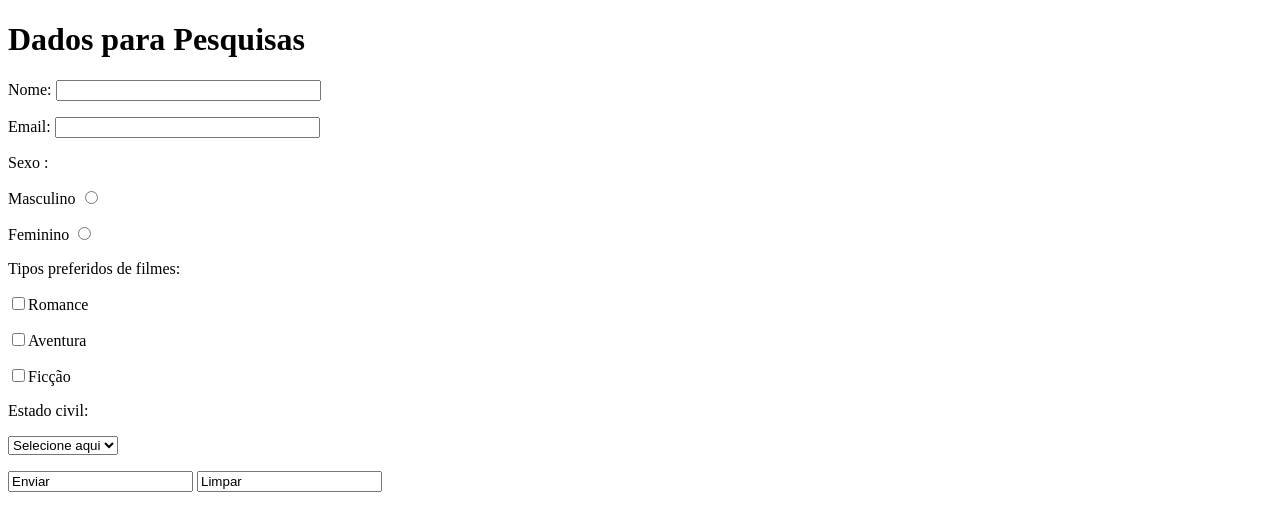
Repository: Marcelinalima/Java_JSP
Page: projeto_pesquisa/src/main/webapp/inserirPesquisa.html
These files come from the project's save history. The page is drawn as it stood at one moment and after the next save; the edit follows.
The browser window is 1280 px wide. The pictures show the whole page.

Above is the page before, as saved 2023-04-13 13:32:08.

After the next save:
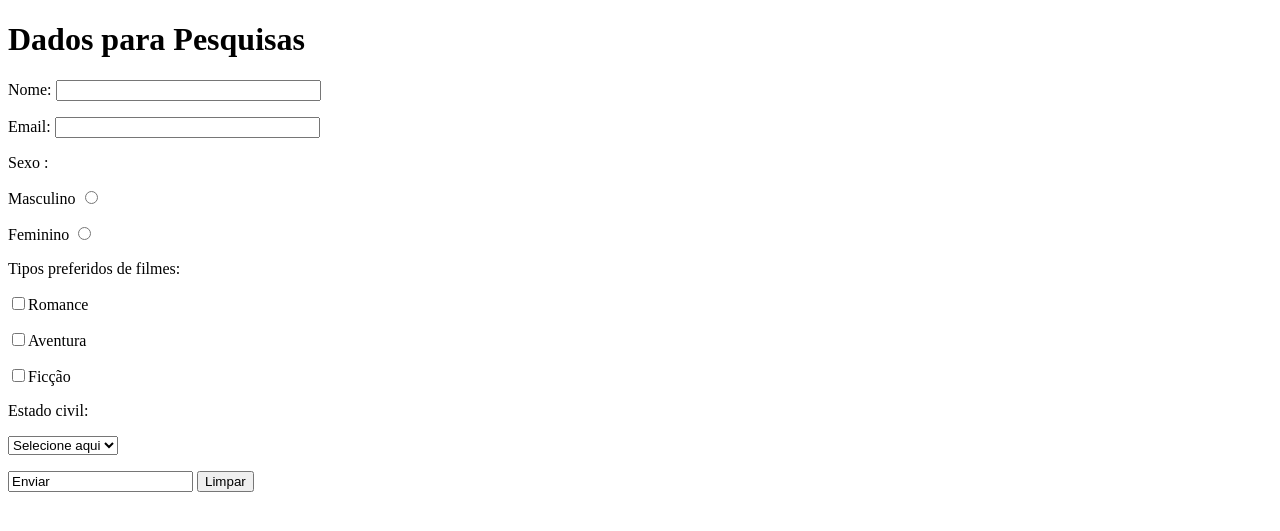
Saved 7 min 15 s later.
--- a/projeto_pesquisa/src/main/webapp/inserirPesquisa.html
+++ b/projeto_pesquisa/src/main/webapp/inserirPesquisa.html
@@ -33,9 +33,10 @@
 
        <p>
          <input type="submit " value="Enviar"/>
-         <input type="reset " value="Limpar"/></p>
+         <input type="reset" value="Limpar"/></p>
 
- </form>
+
+   </form>
 
 </body>
 </html>
